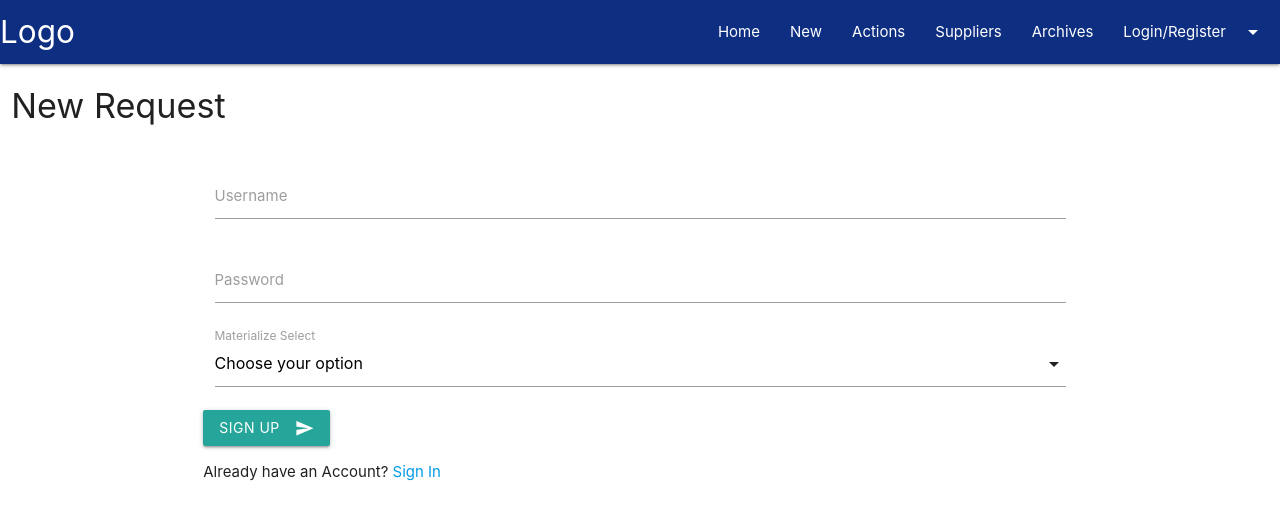
Repository: jamesgreen21/product-request-tracker
Page: tracker/templates/register.html
The author's editor kept a record of every edit. The page is drawn from the files as they stood at one moment, then again after the next edit.
The browser window is 1280 px wide. The pictures show the whole page.
The template is drawn by Flask 3. The application's start-up code is not run. Other server files are loaded and not shown. The template is opened directly, without the code that normally fills it, so the values that code supplies are empty.

Above is the page before.

### tracker/templates/register.html
{% extends 'base.html' %}
{% block title %}<title>Request Tracker | Register</title>{% endblock %}

{% block content %}

    <div class="container-fluid">
        <div class="row">
            <div class="col s12">
                <h4>New Request</h4>
            </div>
        </div>
    </div>

    <div class="container">
        <div class="row">
            <form class="col s12" method="POST" action="{{ url_for('auth.register') }}">
                <div class="input-field col s12">
                    <input id="username" name="username" type="text" class="validate">
                    <label for="username">Username</label>
                </div>
                <div class="input-field col s12">
                    <input id="password" type="password" class="validate" name="password">
                    <label for="password">Password</label>
                </div>
                <div class="input-field col s12">
                    <select id="user_type" name="user_type">
                        <option value="" disabled selected>Choose your option</option>
                        <option value="0">Product Request Team</option>
                        <option value="1">Health & Safety Team</option>
                        <option value="2">Quality Team</option>
                        <option value="3">Scheduling Team (Cagefill)</option>
                        <option value="4">TARDIS Team (Restaurant Impact)</option>
                    </select>
                <label>Materialize Select</label>
                </div>
                <button class="btn waves-effect waves-light" type="submit" name="action">Sign Up<i class="material-icons right">send</i></button>
            </form>
            <div class="col s12">
                <p>Already have an Account? <a href="{{ url_for('auth.login') }}">Sign In</a></p>
            </div>
        </div>
    </div>

{% endblock content %}

### tracker/templates/base.html
<!DOCTYPE html>
<html>

<head>
    <!--Import Google Icon Font-->
    <link href="https://fonts.googleapis.com/icon?family=Material+Icons" rel="stylesheet">
    <!--Import materialize.css-->
    <link rel="stylesheet" href="https://cdnjs.cloudflare.com/ajax/libs/materialize/1.0.0/css/materialize.min.css">
    <link rel="stylesheet" href="{{ url_for('static', filename='css/main.css') }}" type="text/css" />
    <!--Let browser know website is optimized for mobile-->
    <meta name="viewport" content="width=device-width, initial-scale=1.0" /> {% block title %}{% endblock %}
</head>

<body>

    <!-- Navbar Dropdown -->
    <ul id="dropdown1" class="dropdown-content">
        {% if current_user.is_authenticated %}
        <li><a href="{{ url_for('auth.logout') }}">Logout</a></li>
        {% else %}
        <li><a href="{{ url_for('auth.login') }}">Login</a></li>
        <li><a href="{{ url_for('auth.register') }}">Register</a></li>
        {% endif %}
    </ul>

    <!-- Navbar -->
    <div class="navbar-fixed">
        <nav>
            <div class="nav-wrapper branded-blue">
                <a href="{{ url_for('main.index') }}" class="brand-logo">Logo</a>
                <a href="#" data-target="mobile-demo" class="sidenav-trigger"><i class="material-icons">menu</i></a>
                <ul class="right hide-on-med-and-down">
                    <li><a href="{{ url_for('main.index') }}">Home</a></li>
                    <li><a href="{{ url_for('main.add_request') }}">New</a></li>
                    <li><a href="{{ url_for('action.action_outstanding') }}">Actions</a></li>
                    <li><a href="{{ url_for('supplier.suppliers') }}">Suppliers</a></li>
                    <li><a href="{{ url_for('main.archives') }}">Archives</a></li>
                    <!-- Dropdown Trigger -->
                    <li><a class="dropdown-trigger" href="#!" data-target="dropdown1">
                        {% if current_user.is_authenticated %}{{ current_user.username }}{% else %}Login/Register{% endif %}
                        <i class="material-icons right">arrow_drop_down</i>
                    </a></li>
                </ul>
            </div>
        </nav>
    </div>

    <!-- Navbar Mobile -->
    <ul class="sidenav" id="mobile-demo">
        <li><a href="{{ url_for('main.index') }}">Home</a></li>
        <li><a href="{{ url_for('main.add_request') }}">New</a></li>
        <li><a href="{{ url_for('action.action_outstanding') }}">Actions</a></li>
        <li><a href="{{ url_for('supplier.suppliers') }}">Suppliers</a></li>
        <li><a href="{{ url_for('main.archives') }}">Archives</a></li>

        <!--Authentification check-->
        {% if current_user.is_authenticated %}
        <li><a href="{{ url_for('auth.logout') }}">Logout</a></li>
        {% else %}
        <li><a href="{{ url_for('auth.login') }}">Login</a></li>
        <li><a href="{{ url_for('auth.register') }}">Register</a></li>
        {% endif %}
    </ul>

    <!----- Messages ----->
    {% with messages = get_flashed_messages(with_categories=true) %}
    {% if messages %}
        {% for category, message in messages %}
        <div class="card-panel center flash-message {{ category }}">
            <span>{{ message }}</span>
        </div>
        {% endfor %}
    {% endif %}
    {% endwith %}

    <!----- Page content ----->
    {% block content %} {% endblock %}

    <!-- jquery -->
    <script src="https://code.jquery.com/jquery-3.4.0.js" integrity="sha256-DYZMCC8HTC+QDr5QNaIcfR7VSPtcISykd+6eSmBW5qo=" crossorigin="anonymous"></script>
    <!--JavaScript at end of body for optimized loading-->
    <script src="https://cdnjs.cloudflare.com/ajax/libs/materialize/1.0.0/js/materialize.min.js"></script>
    <script type="text/javascript">
        $(document).ready(function() {

        //  Materialize - initialize
            $('.sidenav').sidenav();
            $(".dropdown-trigger").dropdown();
            $('select').formSelect();
            $('.collapsible').collapsible();
            $('.materialboxed').materialbox();
            $('.fixed-action-btn').floatingActionButton();
            $('.tooltipped').tooltip();
            $('.modal').modal();

            //  Number formatting for thousand comma
            $( ".numberFormat" ).each(function() {
                var val = parseInt($(this).text());
                if (val > 10) {
                    val = numberWithCommas(val);
                    console.log(val)
                    $(this).text(val);
                }
            });
        });

        //  Materialize - Floating button
        document.addEventListener('DOMContentLoaded', function() {
            var elems = document.querySelectorAll('.fixed-action-btn');
            var instances = M.FloatingActionButton.init(elems, {
                direction: 'left'
            });
        });

        // ----- Pass Post ID to the Side Nav on "Action" button click
        $('.post_id').click(function() {
            var post_id = $(this).attr('data_id');

        });

        //  Number formatting for thousand comma
       function numberWithCommas(val) {
            return val.toString().replace(/\B(?=(\d{3})+(?!\d))/g, ",");
        }

    </script>

{% block script %} {% endblock %}

</body>

</html>

### tracker/static/css/main.css
/*----- Color themes ----- */

.flash-message {
    color: white;
    font-weight: 500;
}

.success {
    background-color: #26a69a;
}

.error {
    background-color: #ff3d00;
}

.message,
.information {
    background-color: #3d8eff;
}

.branded-blue {
    background-color: #0d2e81;
}

.branded-grey {
    background-color: #4c4c4c;
}

.text-branded-blue {
    color: #0d2e81;
}

.text-white {
    color: #fff;
}

.text-green {
    color: green;
}

.text-red {
    color: red;
}

.border-branded-blue {
    border: solid #0d2e81 1px;
}

.border-branded-grey{
    border: solid #4c4c4c 1px;
}

.border-white {
    border: solid #fff 1px;
}

.approval-green {
    color: #26a69a;
}

.approval-yellow {
    color: #fdd835;
}

.approval-red {
    color: #ff3d00;
}


/*----- Headings ----- */

.branded-title {}


/*----- Images ----- */

.product-img {
    max-height: 50px;
    border-radius: 50%;
}

/*----- Padding, Margins ----- */

.branded-side-padding {
    padding-right: 1rem;
    padding-left: 1rem;
}


/*----- buttons ----- */

.fixed-action-btn {
    top: 85px;
    bottom: auto;
}


/*----- Tracker Home Screen ----- */

.post-center {
    align-self: center;
    text-align: center;
    text-align: -webkit-center;
}

.post-left {
    align-self: center;
    text-align: left;
    text-align: -webkit-left;
}

/*.post-title-container {*/
/*    width: 66.666%;*/
/*}*/

.post-img-container {
    display: none;
    width: 16.666%;
}

.post-btn-container {
    width: 41.666%;
}

.post-content-container {
    width: 58.333%;
}

.post-action-container {
    display: none;
    width: 8.333%;
}

.post-action {
    background-color: grey;
    border: 2px solid white;
    height: 30px;
    width: 30px;
    border-radius: 50%;
    -moz-border-radius: 50%;
    -webkit-border-radius: 50%;
}

.post-dropdown{
    min-width: 200px;
}

table.branded-table {
    border: 2px solid #EEEEEE;
    text-align: center;
    border-collapse: collapse;
}

table.branded-product-table td,
table.branded-product-table th,
table.branded-table td,
table.branded-table th {
    border: 1px solid #0D2E81;
}

table.branded-product-table thead,
table.branded-table thead {
    background: #0D2E81;
    border-bottom: 4px solid #26A699;
}

table.branded-product-table thead th,
table.branded-table thead th {
    font-weight: bold;
    color: #FFFFFF;
    text-align: center;
    border-left: 2px solid #FFFFFF;
}

table.branded-product-table thead th:first-child,
table.branded-table thead th:first-child {
    border-left: none;
}


table.branded-product-table {
    border: 5px solid #0D2E81;
    text-align: center;
    border-collapse: collapse;
}

table.branded-product-table td:nth-child(even) {
    background: #EBEBEB;
}


/*----- Actions ----- */

.action-container{
    margin-top: 1rem;
}

.action-img-container {
    text-align: center;
    text-align: -webkit-center;
    text-align: -moz-center;
}

.action-img-container img {
    max-height: 400px;
}

.action-sidenav {
    padding: 20px;
    text-align: center;
}

.action-approval {
    font-size: 50px;
    font-weight: 600;
}


.action-detail-icon {
    text-align: right;
    align-self: center;
}

.existing-product {
    font-size: small;
    font-style: italic;
}

/*----- Output Form ----- */

.output-form tr td {
    padding: 5px;
}

.output-approval{
    height: 300px !important;
}

.output-approval table tr td,
.output-approval table tr td p {
    margin: 5px;
    padding: 5px;
    font-size: small;
}

.output-image {
    height: 300px !important;
}

.output-image img {
    max-height: 240px;
}

.output-unavailable{
    min-height: 500px;
    text-align: center;
    justify-content: center;
}



/*----- Responsive ----- */

@media screen and (min-width: 600px) {

    .post-img-container {
        display: block;
    }

    .post-btn-container {
        width: 25%;
    }
}

@media screen and (min-width: 992px) {

    .post-img-container {
        width: 8.333%;
    }

    .post-btn-container {
        width: 16.666%;
    }

    .post-content-container {
        width: 41.666%;
    }
    .post-action-container {
        display: block;
    }
    .action-container{
        margin-top: 0;
    }
    .action-img-container img {
        max-height: 300px;
    }
}

After the next edit:
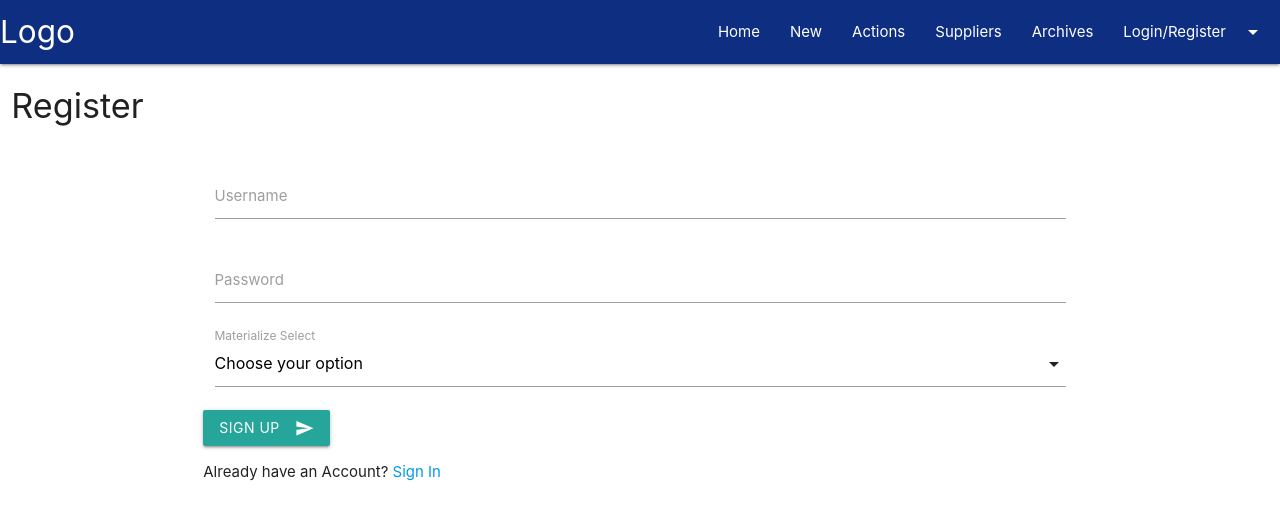
The edit:
--- a/tracker/templates/register.html
+++ b/tracker/templates/register.html
@@ -6,7 +6,7 @@
     <div class="container-fluid">
         <div class="row">
             <div class="col s12">
-                <h4>New Request</h4>
+                <h4>Register</h4>
             </div>
         </div>
     </div>
